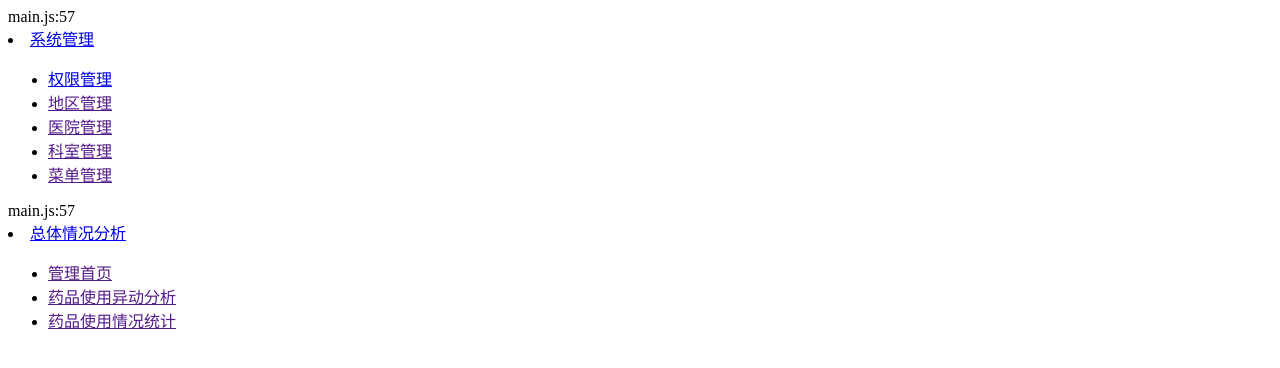
Repository: gongcrystal/medeasy
Page: WSMedEasy20171103/medeasy/medeasy-web/src/main/webapp/WEB-INF/templates/linshi.html
The author's editor kept a copy of each file at every save. The page is drawn from the files as they stood at one save, then again after the next save.
The browser window is 1280 px wide. The pictures show the whole page.

Above is the page before, as saved 2017-11-17 07:54:01.

After the next save:
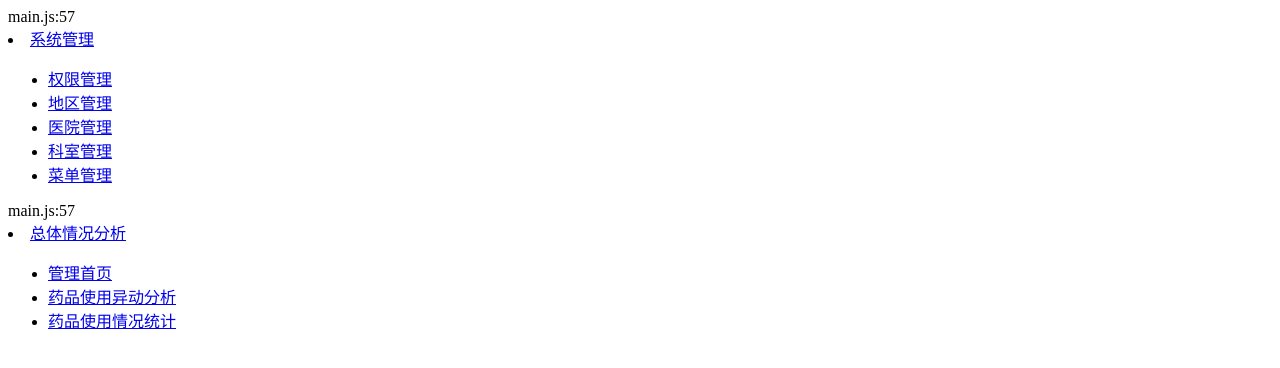
Saved 4 min 3 s later.
--- a/WSMedEasy20171103/medeasy/medeasy-web/src/main/webapp/WEB-INF/templates/linshi.html
+++ b/WSMedEasy20171103/medeasy/medeasy-web/src/main/webapp/WEB-INF/templates/linshi.html
@@ -13,31 +13,31 @@
 		<b class="arrow"></b>
 		<ul class="submenu">
 			<li class="">
-				<a href=class="dropdown-toggle">
+				<a href="a" class="dropdown-toggle">
 					<i class="menu-icon fa fa-caret-right"></i> 权限管理<b class="arrow fa fa-angle-down"></b>
 				</a>
 				<b class="arrow"></b>
 			</li>
 			<li class="">
-				<a href=>
+				<a href="null">
 					<i class="menu-icon fa fa-caret-right"></i> 地区管理
 				</a>
 				<b class="arrow"></b>
 			</li>
 			<li class="">
-				<a href=>
+				<a href="null">
 					<i class="menu-icon fa fa-caret-right"></i> 医院管理
 				</a>
 				<b class="arrow"></b>
 			</li>
 			<li class="">
-				<a href=>
+				<a href="null">
 					<i class="menu-icon fa fa-caret-right"></i> 科室管理
 				</a>
 				<b class="arrow"></b>
 			</li>
 			<li class="">
-				<a href=>
+				<a href="null">
 					<i class="menu-icon fa fa-caret-right"></i> 菜单管理
 				</a>
 				<b class="arrow"></b>
@@ -52,25 +52,24 @@
 		<b class="arrow"></b>
 		<ul class="submenu">
 			<li class="">
-				<a href=>
+				<a href="null">
 					<i class="menu-icon fa fa-caret-right"></i> 管理首页
 				</a>
 				<b class="arrow"></b>
 			</li>
 			<li class="">
-				<a href=>
+				<a href="null">
 					<i class="menu-icon fa fa-caret-right"></i> 药品使用异动分析
 				</a>
 				<b class="arrow"></b>
 			</li>
 			<li class="">
-				<a href=>
+				<a href="null">
 					<i class="menu-icon fa fa-caret-right"></i> 药品使用情况统计
 				</a>
 				<b class="arrow"></b>
 			</li>
 		</ul>
 	</li>
-
 </body>
 </html>
